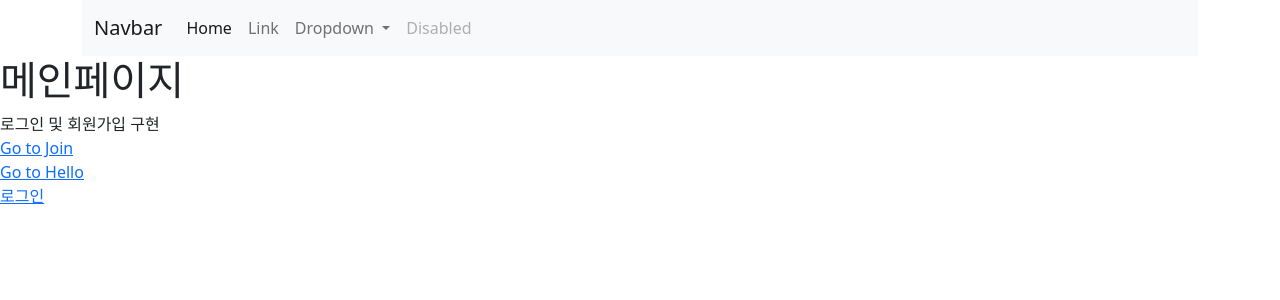
Repository: kjm541006/Ezen
Page: project/src/main/resources/static/index.html
These files come from the project's save history. The page is drawn as it stood at one moment and after the next save; the edit follows.
The browser window is 1280 px wide. The pictures show the whole page.

Above is the page before, as saved 2023-06-07 07:44:00.

### project/src/main/resources/static/index.html
<!doctype html>
<html lang="ko">
<head>
	<meta charset="UTF-8" />
	<meta name="viewport" content="width=device-width, initial-scale=1">
	<title>Document</title>
	<link href="https://cdn.jsdelivr.net/npm/bootstrap@5.2.3/dist/css/bootstrap.min.css" rel="stylesheet" integrity="sha384-rbsA2VBKQhggwzxH7pPCaAqO46MgnOM80zW1RWuH61DGLwZJEdK2Kadq2F9CUG65" crossorigin="anonymous">
</head>
<body>
	<div class="container">
		<header class="header">
			<nav class="navbar navbar-expand-lg bg-light">
			  <div class="container-fluid">
			    <a class="navbar-brand" href="#">Navbar</a>
			    <button class="navbar-toggler" type="button" data-bs-toggle="collapse" data-bs-target="#navbarSupportedContent" aria-controls="navbarSupportedContent" aria-expanded="false" aria-label="Toggle navigation">
			      <span class="navbar-toggler-icon"></span>
			    </button>
			    <div class="collapse navbar-collapse" id="navbarSupportedContent">
			      <ul class="navbar-nav me-auto mb-2 mb-lg-0">
			        <li class="nav-item">
			          <a class="nav-link active" aria-current="page" href="#">Home</a>
			        </li>
			        <li class="nav-item">
			          <a class="nav-link" href="#">Link</a>
			        </li>
			        <li class="nav-item dropdown">
			          <a class="nav-link dropdown-toggle" href="#" role="button" data-bs-toggle="dropdown" aria-expanded="false">
			            Dropdown
			          </a>
			          <ul class="dropdown-menu">
			            <li><a class="dropdown-item" href="#">Action</a></li>
			            <li><a class="dropdown-item" href="#">Another action</a></li>
			            <li><hr class="dropdown-divider"></li>
			            <li><a class="dropdown-item" href="#">Something else here</a></li>
			          </ul>
			        </li>
			        <li class="nav-item">
			          <a class="nav-link disabled">Disabled</a>
			        </li>
			      </ul>
			    </div>
			  </div>
			</nav>
		</header>
	</div>
	<h1>메인페이지</h1>
	<span>로그인 및 회원가입 구현</span>
	<br />
	<a href="/join">Go to Join</a>
	<br />
	<a href="/hello">Go to Hello</a>
	<br />
	<a href="/login">로그인</a>
	<script src="https://cdn.jsdelivr.net/npm/bootstrap@5.2.3/dist/js/bootstrap.bundle.min.js" integrity="sha384-kenU1KFdBIe4zVF0s0G1M5b4hcpxyD9F7jL+jjXkk+Q2h455rYXK/7HAuoJl+0I4" crossorigin="anonymous"></script>
</body>
</html>

After the next save:
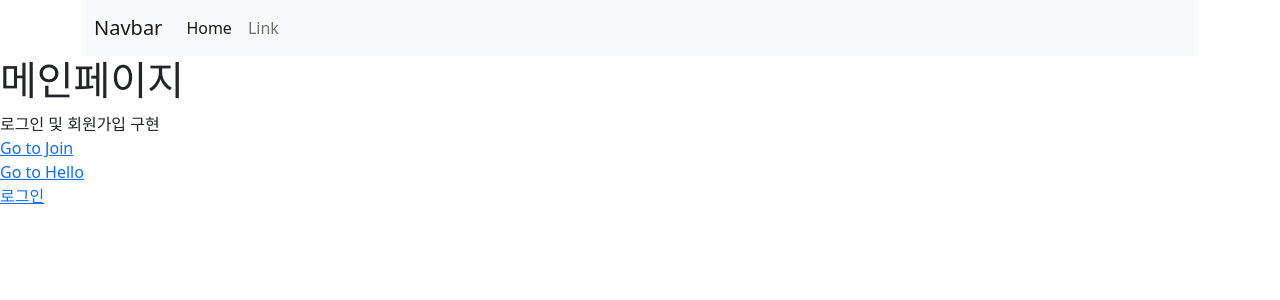
Saved 43 s later.
--- a/project/src/main/resources/static/index.html
+++ b/project/src/main/resources/static/index.html
@@ -18,24 +18,10 @@
 			    <div class="collapse navbar-collapse" id="navbarSupportedContent">
 			      <ul class="navbar-nav me-auto mb-2 mb-lg-0">
 			        <li class="nav-item">
-			          <a class="nav-link active" aria-current="page" href="#">Home</a>
+			          <a class="nav-link active" aria-current="page" href="/">Home</a>
 			        </li>
 			        <li class="nav-item">
 			          <a class="nav-link" href="#">Link</a>
-			        </li>
-			        <li class="nav-item dropdown">
-			          <a class="nav-link dropdown-toggle" href="#" role="button" data-bs-toggle="dropdown" aria-expanded="false">
-			            Dropdown
-			          </a>
-			          <ul class="dropdown-menu">
-			            <li><a class="dropdown-item" href="#">Action</a></li>
-			            <li><a class="dropdown-item" href="#">Another action</a></li>
-			            <li><hr class="dropdown-divider"></li>
-			            <li><a class="dropdown-item" href="#">Something else here</a></li>
-			          </ul>
-			        </li>
-			        <li class="nav-item">
-			          <a class="nav-link disabled">Disabled</a>
 			        </li>
 			      </ul>
 			    </div>
